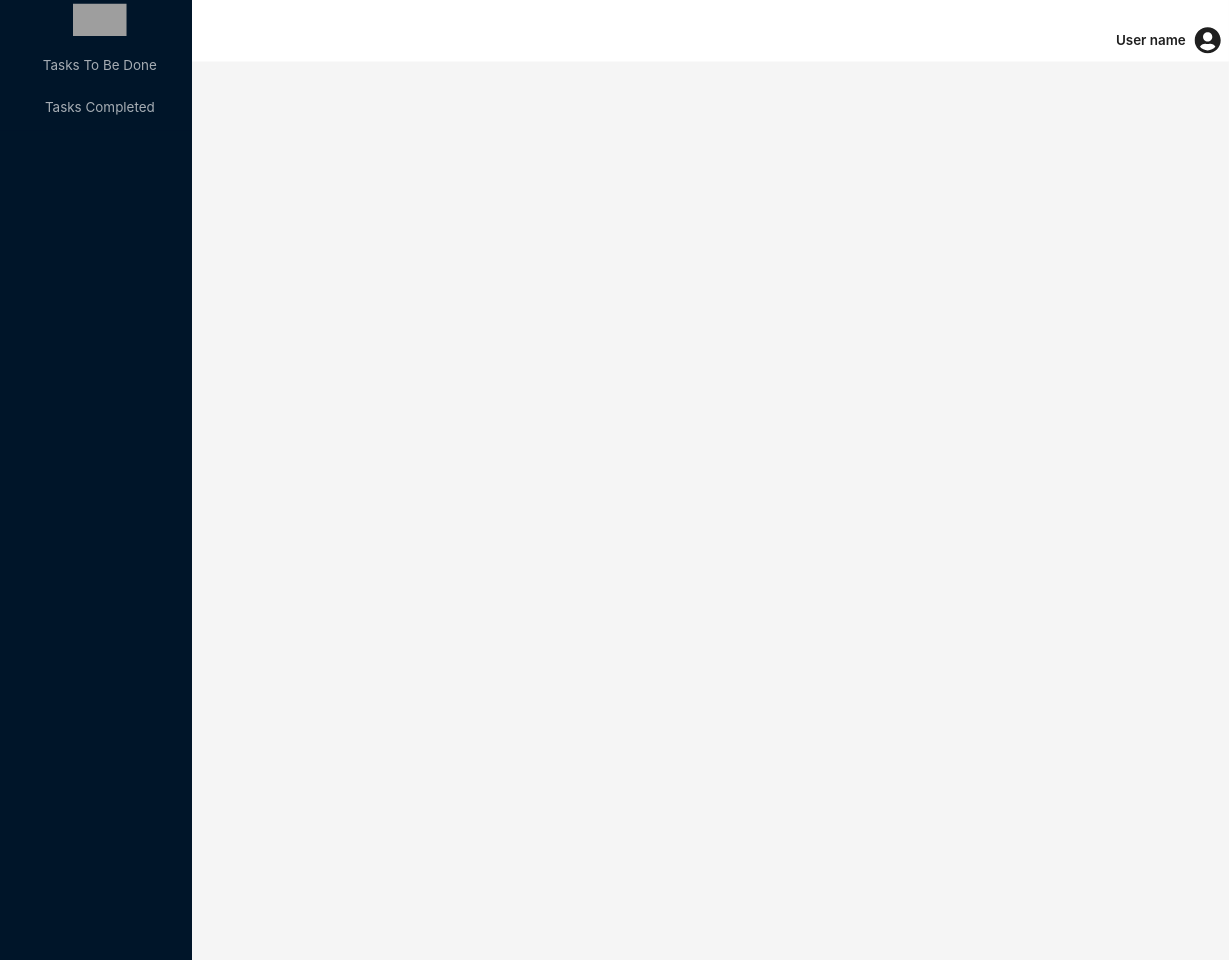
Repository: runner855/todolist_new
Page: /
These files come from the project's save history. The page is drawn as it stood at one moment and after the next save; the edit follows.
The browser window is 1280 px wide. The pictures show the whole page, at 96% of full size.
Pictures or frames that could not be fetched are drawn as grey boxes. The project was rebuilt for these pictures with package versions that can differ from the ones it lists, and the page was loaded fresh each time.

Above is the page before, as saved 2023-03-19 18:16:57.

### src/index.tsx
import React from "react";
import ReactDOM from "react-dom/client";
import "./index.css";
import { App } from "./App";
import { BrowserRouter } from "react-router-dom";

const root = ReactDOM.createRoot(
  document.getElementById("root") as HTMLElement
);
root.render(
  <React.StrictMode>
    <BrowserRouter>
    <App />
    </BrowserRouter>
  </React.StrictMode>
);

### src/App.tsx
import React from 'react';
import './App.css';
import { NavBar } from './components/NavBar/NavBar';

export const App = () =>{
  return (
    <div className="App">
      <NavBar/>

    </div>
  );
}

### src/components/NavBar/NavBar.tsx
import React from 'react';

import { Layout, Menu, theme } from 'antd';
import { FaUserCircle } from 'react-icons/fa';
import { PagesArray } from '../../Utilities/Utility'
import "../NavBar/NavBar.css";

const { Header, Content, Footer, Sider } = Layout;

export const NavBar = () => {

  const {
    token: { colorBgContainer },
  } = theme.useToken();

  return (
      <Layout>
      <Sider
        breakpoint="lg"
        collapsedWidth="0"
        style={{height:1000}}
        onBreakpoint={(broken) => {
          console.log(broken);
        }}
        onCollapse={(collapsed, type) => {
          console.log(collapsed, type);
        }}
      >
        <div className="logo" />
        <Menu
          theme="dark"
          mode="inline"
          // defaultSelectedKeys={['2']}
          items={PagesArray && PagesArray.map(
            (item, index) => ({
              key: index,

              label:  item.label ? item.label :
              <img  className="logo"src={item.image} alt="logo"/>
            }),
          )}


        />
      </Sider>
      <Layout>
        <Header style={{ padding: 0, background: colorBgContainer }}>
        <div className='avatar_container'>
          <ul className='user'>
            <li className='user_text'>User name</li>
            <li className='user_icon'><FaUserCircle/></li>

          </ul>
          </div>

        </Header>
      </Layout>
    </Layout>
   );
}

### src/Utilities/Utility.tsx
import { TASKS_TO_BE_DONE, TASKS_COMPLETED } from '../Constants/Dictionary';
import { AppUrls } from '../Types/appTypes';
import { LOGO } from '../Constants/Dictionary';
export const PagesArray = [
  {image:LOGO},
  {label: TASKS_TO_BE_DONE, to: AppUrls.TASKS_TO_BE_DONE},
  {label: TASKS_COMPLETED, to: AppUrls.TASKS_COMPLETED},

]

### src/components/NavBar/NavBar.css
#components-layout-demo-responsive .logo {
  height: 32px;
  margin: 16px;
  background: rgba(255, 255, 255, 0.2);
}

li {
  list-style-type: none;
}

.user {
  display: flex;
  flex-direction: row;
  justify-content: right;
}

.user_icon {
  font-size: 2em;
  margin-right: 0.1em;
  margin: 0em 0.3em 0em 0.3em;
}

.user_text {
  line-height: 4;
  font-weight: 600;
}

img {
  height: 3em;
}

### src/Constants/Dictionary.ts
export const TASKS_TO_BE_DONE = "Tasks To Be Done";
export const TASKS_COMPLETED = "Tasks Completed"
export const LOGO = "https://pbs.twimg.com/profile_images/964093705748729856/nzx2mHKW_400x400.jpg";

### src/Types/appTypes.tsx

export enum AppUrls {
  TASKS_TO_BE_DONE = `/tasks_to_be_done`,
  TASKS_COMPLETED = "/tasks_copleted",

}

export enum LanguageEnum {
  EN = "en",
}

Loaded but not shown: public/index.html (common file); src/index.css (common file); src/App.css (common file)

After the next save:
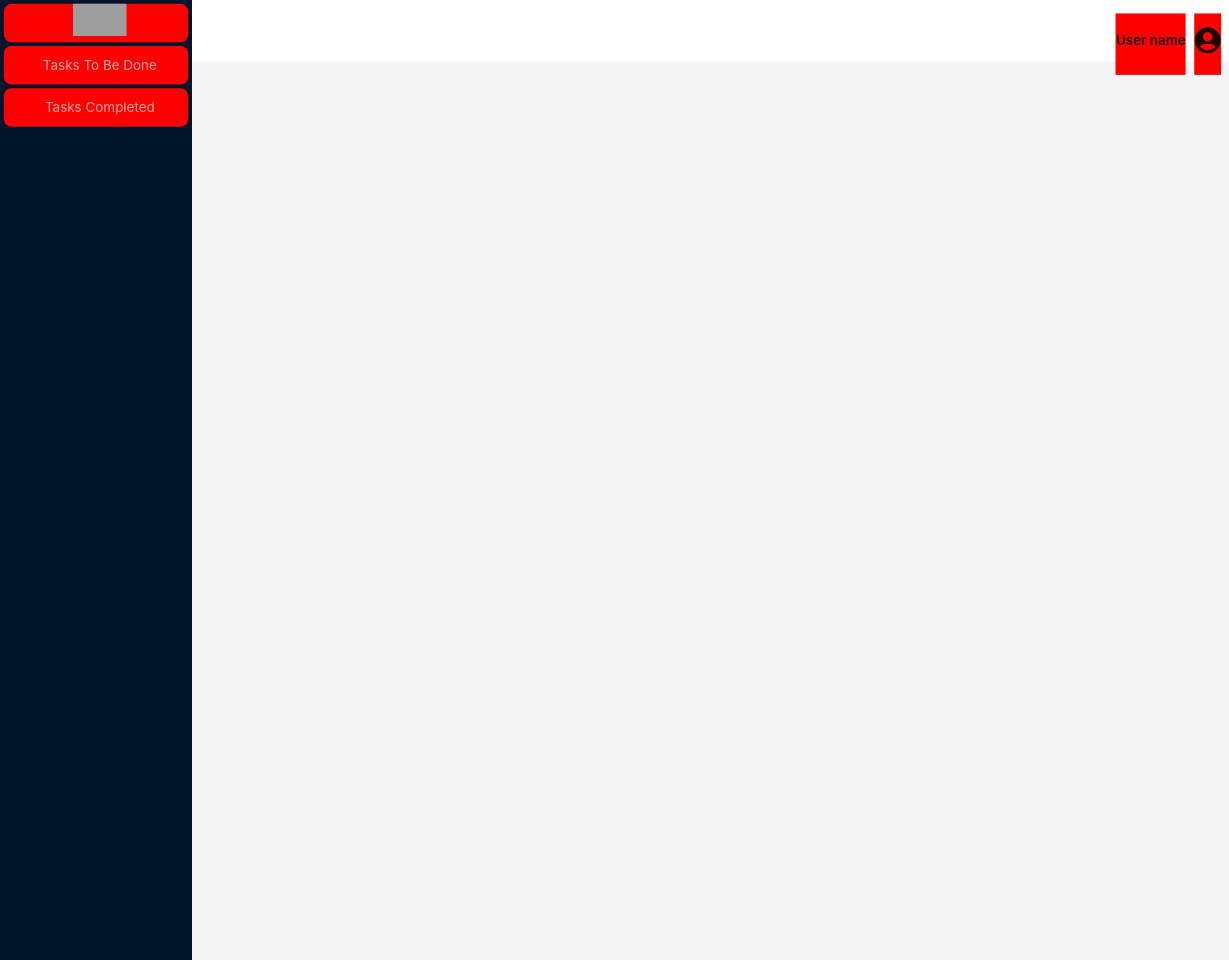
Saved 107 s later.
--- a/src/components/NavBar/NavBar.css
+++ b/src/components/NavBar/NavBar.css
@@ -28,3 +28,6 @@ li {
 img {
   height: 3em;
 }
+li {
+  background-color: red;
+}

After the 2 saves that followed:
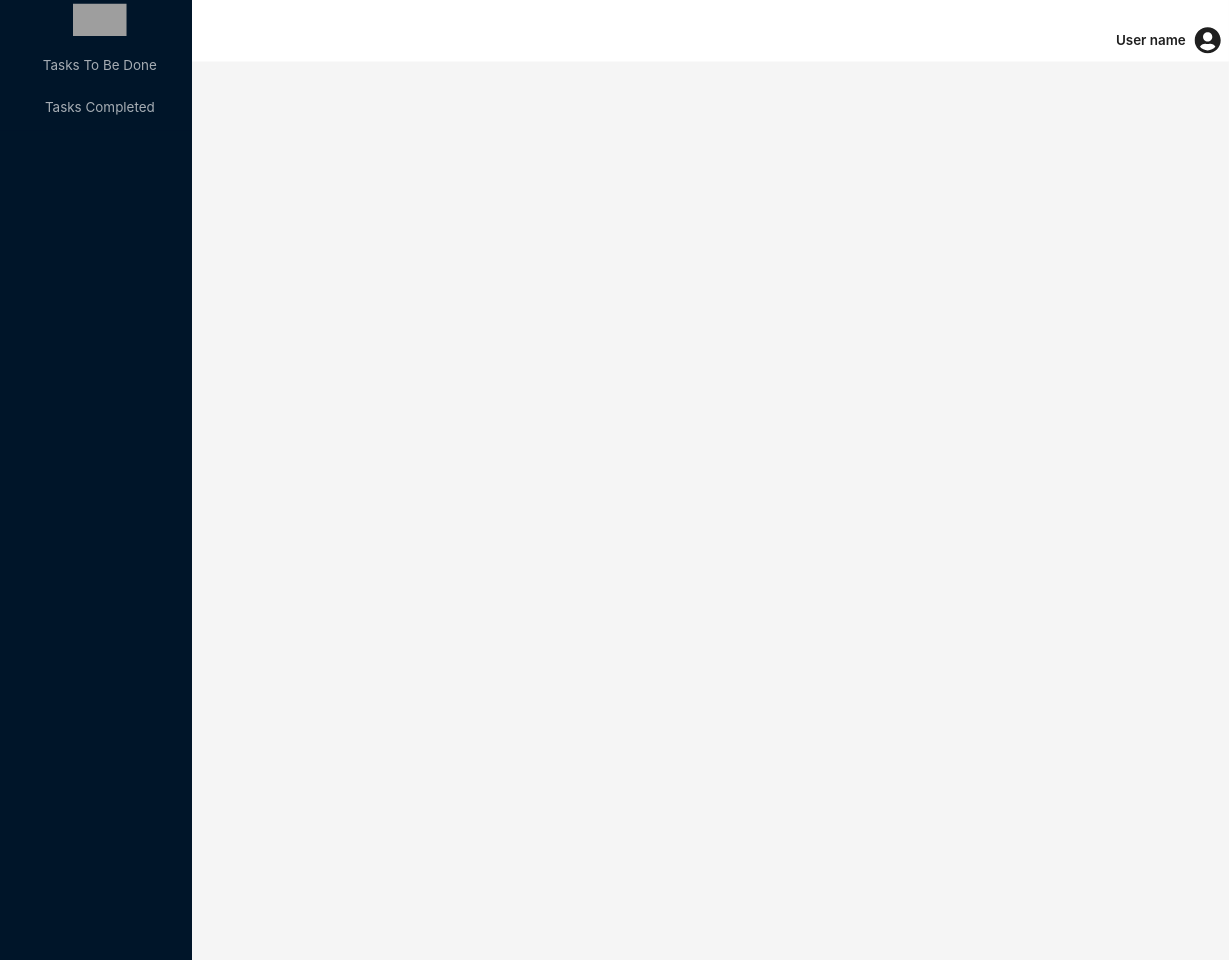
The 2 saves are shown as one change because 1 left the picture as it was.
The last was saved 2 min 12 s later.
--- a/src/components/NavBar/NavBar.tsx
+++ b/src/components/NavBar/NavBar.tsx
@@ -37,7 +37,7 @@ export const NavBar = () => {
 
               label:  item.label ? item.label :
               <img  className="logo"src={item.image} alt="logo"/>
-            }),
+            })
           )}
 
 
--- a/src/components/NavBar/NavBar.css
+++ b/src/components/NavBar/NavBar.css
@@ -28,6 +28,3 @@ li {
 img {
   height: 3em;
 }
-li {
-  background-color: red;
-}
